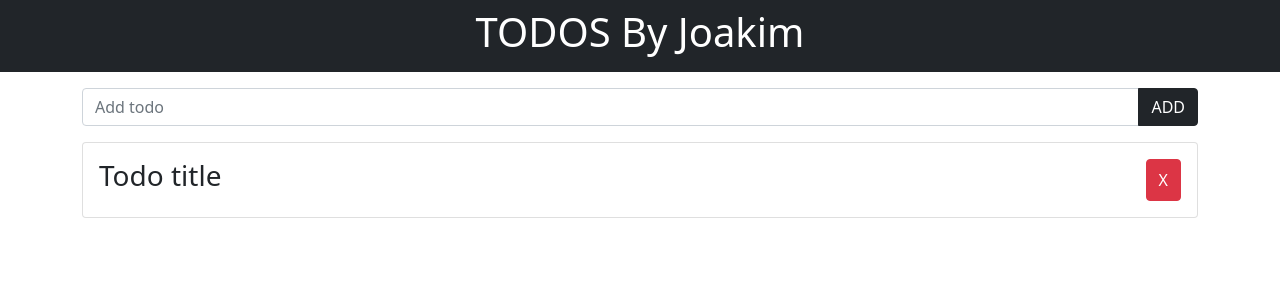
Repository: skepp4rn/todolist
Page: index.html
These files come from the project's save history. The page is drawn as it stood at one moment and after the next save; the edit follows.
The browser window is 1280 px wide. The pictures show the whole page.
The page's requests for data from a server got no answer.

Above is the page before, as saved 2021-01-28 11:17:00.
Not found: custom.css

### index.html
<!DOCTYPE html>
<html lang="en">
<head>
  <meta charset="UTF-8">
  <meta name="viewport" content="width=device-width, initial-scale=1.0">
  <link href="https://cdn.jsdelivr.net/npm/bootstrap@5.0.0-beta1/dist/css/bootstrap.min.css" rel="stylesheet" integrity="sha384-giJF6kkoqNQ00vy+HMDP7azOuL0xtbfIcaT9wjKHr8RbDVddVHyTfAAsrekwKmP1" crossorigin="anonymous">
  <link rel="stylesheet" href="custom.css">
  <title>Todos by Joakim</title>
</head>
<body>
  <nav class="navbar bg-dark d-flex justify-content-center">
    <h1 class="text-white">TODOS By Joakim</h1>
  </nav>

  <form id="todoForm" class="container">
    <div class="input-group my-3">
      <input type="text" id="todoInput" class="form-control" placeholder="Add todo">
      <button class="btn btn-dark">ADD</button>
    </div>
  </form>

  <div id="output" class="container">

    <div class="card p-3 my-3 todo">
      <div class="d-flex justify-content-between">
        <h3 class="title">Todo title</h3>
        <button class="btn btn-danger">X</button>
      </div>
    </div>
    <!-- <div class="card p-3 my-3 todo">
      <div class="d-flex justify-content-between">
        <h3 class="title">Todo title</h3>
        <button class="btn btn-danger">X</button>
      </div>
    </div> -->


  </div>


  <script src="https://cdn.jsdelivr.net/npm/bootstrap@5.0.0-beta1/dist/js/bootstrap.min.js" integrity="sha384-pQQkAEnwaBkjpqZ8RU1fF1AKtTcHJwFl3pblpTlHXybJjHpMYo79HY3hIi4NKxyj" crossorigin="anonymous"></script>
  <script src="script.js"></script>
</body>
</html>

### script.js
const form = document.querySelector('#todoForm');
const input = document.querySelector('#todoInput');
const output = document.querySelector('#output');

let todos = [];

const fetchTodos = () => {
  fetch('https://jsonplaceholder.typicode.com/todos')
  .then(res => res.json())
  .then(data => {
    todos = data;
    console.log(todos);
    listTodos();
  })
}
fetchTodos();

const newTodo = (todo) => {

  let card = document.createElement('div');
  card.classList.add('card', 'p-3', 'my-3', 'todo');

  let innerCard = document.createElement('div');
  innerCard.classList.add('d-flex', 'justify-content-between', 'align-items-center');

  let title = document.createElement('h3');
  title.classList.add('title');
  title.innerText = todo.title;

  let button = document.createElement('button');
  button.classList.add('btn', 'btn-danger');
  button.innerText = 'X';
  button.addEventListener('click', () => console.log(todo.id));

  innerCard.appendChild(title);
  innerCard.appendChild(button);
  card.appendChild(innerCard);
  output.appendChild(card);
}


const listTodos = () => {
  output.innerHTML = '';
  todos.forEach(todo => {
    // let _todo = `
    // <div class="card p-3 my-3 todo">
    //   <div class="d-flex justify-content-between">
    //     <h3 class="title">${todo.title}</h3>
    //     <button class="btn btn-danger">X</button>
    //   </div>
    // </div>
    // `
    // output.insertAdjacentHTML('beforeend', _todo);

    newTodo(todo);
  })
}


const createTodo = (title) => {

  fetch('https://jsonplaceholder.typicode.com/todos',{
    method: 'POST',
    headers: {
      'Content-type': 'application/json; charset=UTF-8'
    },
    body: JSON.stringify({
      title,
      completed: false
    })
  })
  .then(res => res.json())
  .then(data => {
    console.log(data)
    todos.unshift(data);
    listTodos();
  })

}

form.addEventListener('submit', e => {
  e.preventDefault();

  createTodo(input.value);
  input.value = '';
})

After the next save:
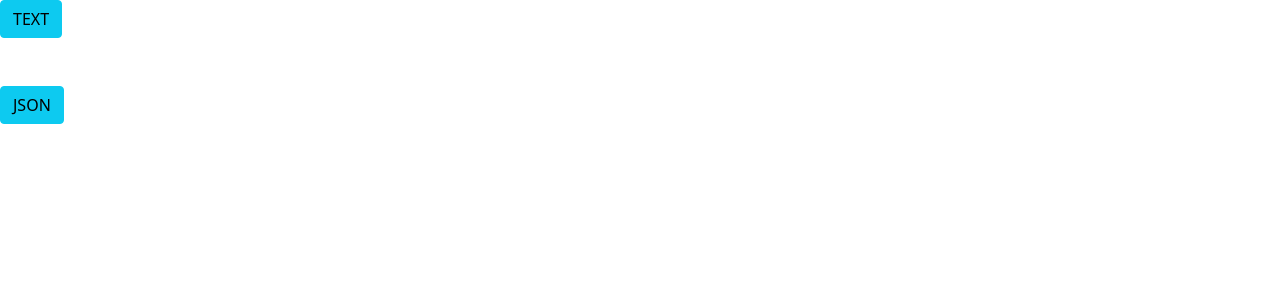
Console error: TypeError: Cannot read properties of null (reading 'addEventListener')
Saved 34 s later.
--- a/index.html
+++ b/index.html
@@ -4,38 +4,18 @@
   <meta charset="UTF-8">
   <meta name="viewport" content="width=device-width, initial-scale=1.0">
   <link href="https://cdn.jsdelivr.net/npm/bootstrap@5.0.0-beta1/dist/css/bootstrap.min.css" rel="stylesheet" integrity="sha384-giJF6kkoqNQ00vy+HMDP7azOuL0xtbfIcaT9wjKHr8RbDVddVHyTfAAsrekwKmP1" crossorigin="anonymous">
-  <link rel="stylesheet" href="custom.css">
-  <title>Todos by Joakim</title>
+
+  <title>Document</title>
 </head>
 <body>
-  <nav class="navbar bg-dark d-flex justify-content-center">
-    <h1 class="text-white">TODOS By Joakim</h1>
-  </nav>
 
-  <form id="todoForm" class="container">
-    <div class="input-group my-3">
-      <input type="text" id="todoInput" class="form-control" placeholder="Add todo">
-      <button class="btn btn-dark">ADD</button>
-    </div>
-  </form>
+  <button id="btn" class="btn btn-info">TEXT</button>
+  <div id="text-output"></div>
+  <br>
+  <br>
+  <button id="btn2" class="btn btn-info">JSON</button>
+  <div id="json-output"></div>
 
-  <div id="output" class="container">
-
-    <div class="card p-3 my-3 todo">
-      <div class="d-flex justify-content-between">
-        <h3 class="title">Todo title</h3>
-        <button class="btn btn-danger">X</button>
-      </div>
-    </div>
-    <!-- <div class="card p-3 my-3 todo">
-      <div class="d-flex justify-content-between">
-        <h3 class="title">Todo title</h3>
-        <button class="btn btn-danger">X</button>
-      </div>
-    </div> -->
-
-
-  </div>
 
 
   <script src="https://cdn.jsdelivr.net/npm/bootstrap@5.0.0-beta1/dist/js/bootstrap.min.js" integrity="sha384-pQQkAEnwaBkjpqZ8RU1fF1AKtTcHJwFl3pblpTlHXybJjHpMYo79HY3hIi4NKxyj" crossorigin="anonymous"></script>
